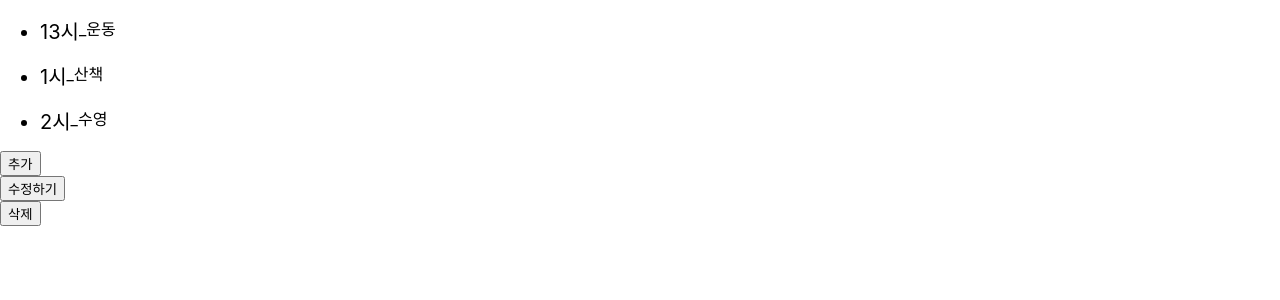
Repository: 0gunkim/REACT-TODO-PRAC
Page: / (app in todo/)
The author's editor kept a copy of each file at every save. The page is drawn from the files as they stood at one save, then again after a run of saves.
The browser window is 1280 px wide. The pictures show the whole page.
The project was rebuilt for these pictures with package versions that can differ from the ones it lists, and the page was loaded fresh each time.

Above is the page before, as saved 2023-01-04 15:37:21.

After the next 3 saves:
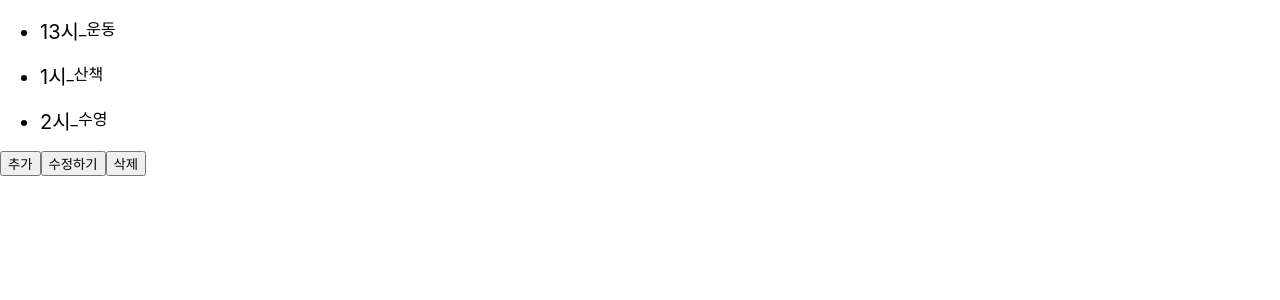
The 3 saves are shown as one change because 1 did not build or start and some came seconds apart.
The last was saved 51 s later.
--- a/todo/src/pages/TodoList.jsx
+++ b/todo/src/pages/TodoList.jsx
@@ -21,9 +21,11 @@ export default function TodoList() {
                 </div>
 
                 )})}
+                <STButton>
                 <AddButton todo={todo} setTodo={setTodo} />
                 <EditButton todo={todo} setTodo={setTodo} />
                 <DeleteButton todo={todo} setTodo={setTodo} />
+                </STButton>
 
         </div>
     );
@@ -34,3 +36,6 @@ const STTime = styled.li`
 const STList = styled.div`
     display: flex;
 `
+const STButton = styled.div`
+    display: flex;
+`
